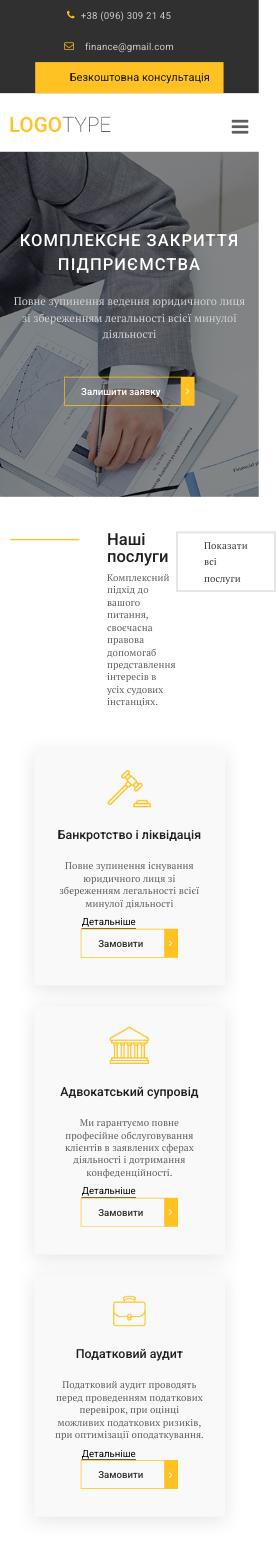
Repository: oliachipko/companysait
Page: index.html
The author's editor kept a copy of each file at every save. The page is drawn from the files as they stood at one save, then again after the next save.
The browser window is 375 px wide. The page is 400 px wide, so the pictures cover 400 px, including what lies to the right of the window. The pictures show the whole page, at 69% of full size.

Above is the page before, as saved 2020-11-24 01:35:57.

After the next save:
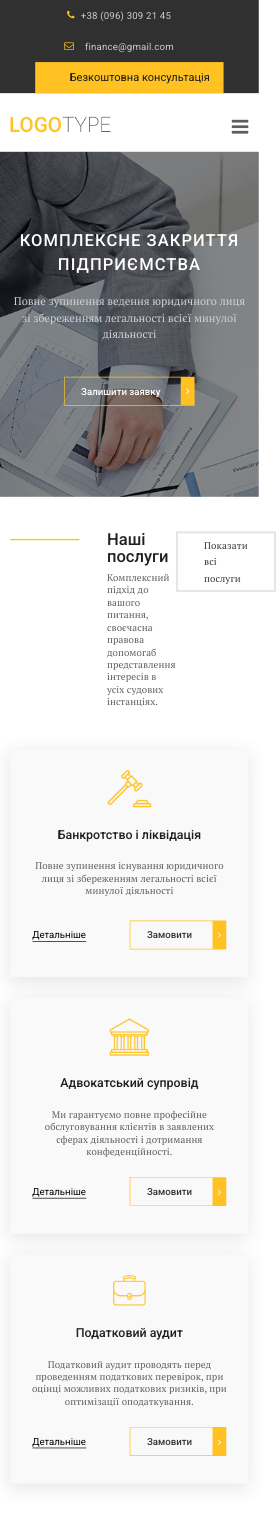
Saved 14 s later.
--- a/css/media.css
+++ b/css/media.css
@@ -48,7 +48,7 @@
 }
 @media (max-width: 600px){
     .services__item{
-        max-width: 80%;
+        max-width: 100%;
         min-height: 330px;
         margin: 30px auto;
     }
